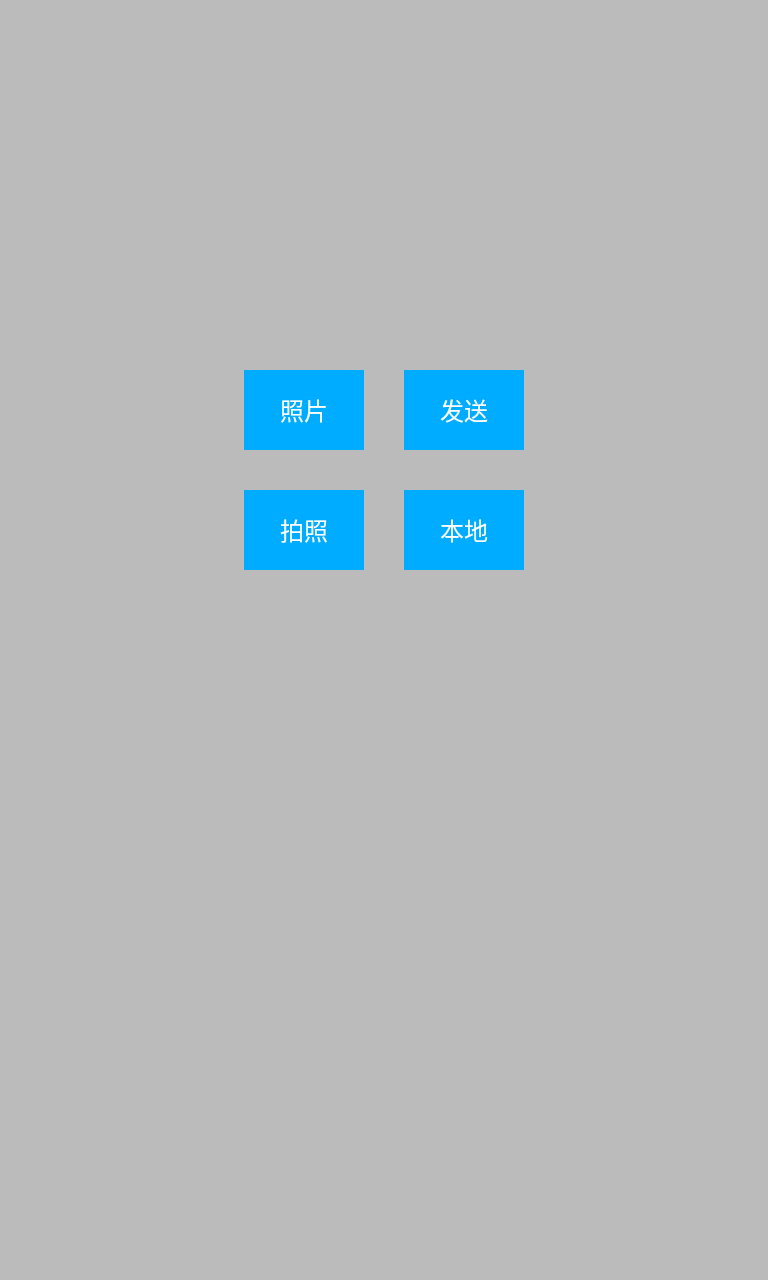
Repository: fanloveoupao/WecharTest
Layout: TestWechar/res/layout/chhose_photos.xml
An editor plug-in stored every save of this project. The layout is shown before and after the next save, followed by the edit.
It is drawn on a 768 x 1280 px phone screen (xhdpi) without system bars, with theme AppTheme; the app's code is not run.

Above is the layout before, as saved 2015-10-11 08:02:01.

After the next save:
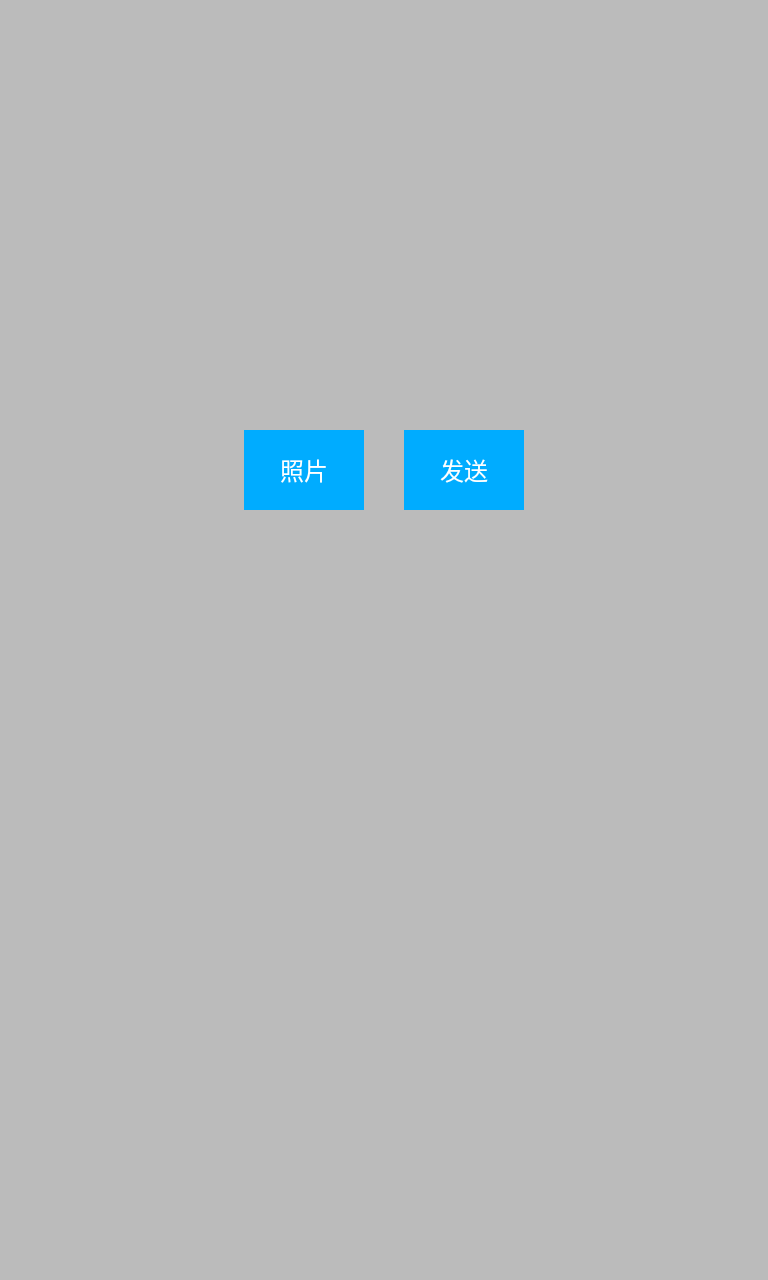
Saved 21 s later.
--- a/TestWechar/res/layout/chhose_photos.xml
+++ b/TestWechar/res/layout/chhose_photos.xml
@@ -41,7 +41,8 @@
         android:layout_height="wrap_content"
         android:layout_marginTop="20dp"
         android:gravity="center"
-        android:orientation="horizontal" >
+        android:orientation="horizontal"
+        android:visibility="gone" >
 
         <Button
             android:id="@+id/btn_photo"
